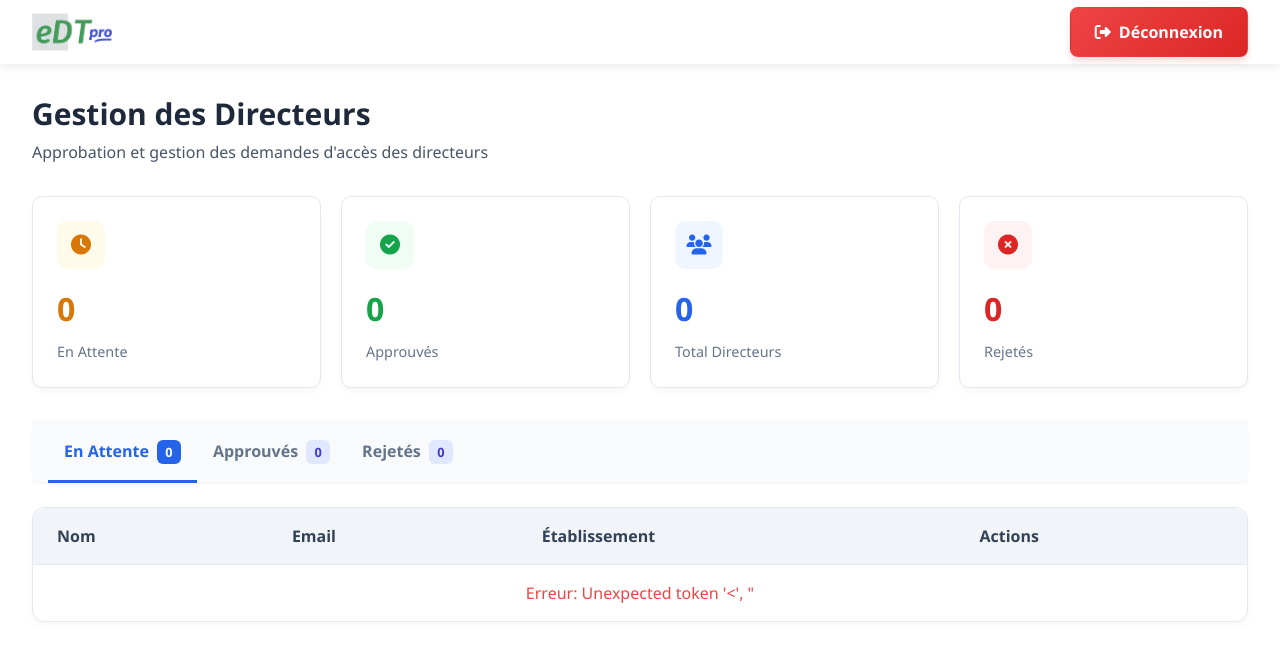
Repository: Mouad-git/edtpro
Page: gestion_edt/public/admin_dashboard.html
The author's editor kept a copy of each file at every save. The page is drawn from the files as they stood at one save, then again after the next save.
The browser window is 1280 px wide. The pictures show the whole page.
Some web libraries are served in a nearby version.

Above is the page before, as saved 2025-08-08 18:35:54.

### gestion_edt/public/admin_dashboard.html
<!DOCTYPE html>
<html lang="fr">
<head>
    <meta charset="UTF-8">
    <meta name="viewport" content="width=device-width, initial-scale=1.0">
    <title>Tableau de Bord Administrateur</title>
    <script src="https://cdn.tailwindcss.com"></script>
    <link rel="stylesheet" href="https://cdnjs.cloudflare.com/ajax/libs/font-awesome/6.4.0/css/all.min.css"/>
    <style>
        :root {
            --primary: #2563eb; --primary-light: #dbeafe; --secondary: #64748b;
            --success: #16a34a; --danger: #dc2626; --warning: #d97706; --background: #f8fafc;
        }
        body { background-color: white; font-family: 'Segoe UI', system-ui, sans-serif; color: #1e293b; }

        .tabs-container { background-color: #f8fafc; padding: 0 1rem; }
        .tab-button {
            padding: 1rem; font-weight: 600; color: #64748b;
            border-bottom: 3px solid transparent; transition: all 0.2s ease;
            position: relative; background: none; border-top: 3px solid transparent;
            border-left: none; border-right: none; cursor: pointer; font-size: 1rem;
        }
        .tab-button:hover { color: var(--primary); background-color: #f1f5f9; }
        .tab-button.active { color: var(--primary); border-bottom-color: var(--primary); }
        .tab-button .badge {
            background: #e0e7ff; color: #4338ca; border-radius: 6px;
            width: auto; min-width: 24px; height: 24px; padding: 0 6px;
            font-size: 0.8rem; display: inline-flex; align-items: center; justify-content: center;
            margin-left: 8px;
        }
        .tab-button.active .badge { background-color: var(--primary); color: white; }

        .tab-content { display: none; }
        .tab-content.active { display: block; animation: fadeIn 0.4s ease; }
        @keyframes fadeIn { from { opacity: 0; transform: translateY(10px); } to { opacity: 1; transform: translateY(0); } }

        .card { background: white; border-radius: 12px; box-shadow: 0 4px 6px rgba(0, 0, 0, 0.03); overflow: hidden; border: 1px solid #e2e8f0; }
        .table { width: 100%; border-collapse: separate; border-spacing: 0; }
        .table th { background-color: #f1f5f9; color: #334155; font-weight: 600; padding: 1rem 1.5rem; text-align: left; border-bottom: 1px solid #e2e8f0; }
        .table td { padding: 1rem 1.5rem; border-bottom: 1px solid #e2e8f0; }
        .table tr:last-child td { border-bottom: none; }
        .table tr:hover { background-color: #f8fafc; }

        .btn { padding: 0.5rem 1rem; border-radius: 6px; font-weight: 500; font-size: 0.875rem; display: inline-flex; align-items: center; gap: 0.3rem; cursor: pointer; border: 1px solid transparent; transition: all 0.2s; }
        .btn-success { background-color: var(--success); color: white; }
        .btn-success:hover { background-color: #15803d; }
        .btn-danger { background-color: var(--danger); color: white; }
        .btn-danger:hover { background-color: #b91c1c; }
        .btn-outline { background-color: transparent; border: 1px solid #cbd5e1; color: #475569; }
        .btn-outline:hover { background-color: #f1f5f9; border-color: #94a3b8; }

        .status-badge { display: inline-flex; align-items: center; padding: 0.25rem 0.75rem; border-radius: 20px; font-size: 0.75rem; font-weight: 500; }
        .badge-approved { background-color: #dcfce7; color: #166534; }

        .header-gradient { background: linear-gradient(135deg, #0f172a, #1e40af); color: white; }
        .empty-state { padding: 3rem; text-align: center; color: #94a3b8; }
        .empty-state i { font-size: 3rem; margin-bottom: 1rem; color: #e2e8f0; }

        .stats-card { background: white; border-radius: 10px; padding: 1.5rem; box-shadow: 0 4px 6px rgba(0, 0, 0, 0.03); border: 1px solid #e2e8f0; }
        .stats-card .value { font-size: 2rem; font-weight: 700; margin-bottom: 0.5rem; }
        .stats-card .title { color: #64748b; font-size: 0.9rem; }
        .stats-card .icon { width: 48px; height: 48px; border-radius: 10px; display: flex; align-items: center; justify-content: center; margin-bottom: 1rem; }
        .pending .icon { background: #fffbeb; color: #d97706; }
        .approved .icon { background: #f0fdf4; color: #16a34a; }
        .rejected .icon { background: #fef2f2; color: #dc2626; }

        nav{
            box-shadow: 0 2px 10px rgba(0, 0, 0, 0.1);
        }

        .logout-btn {
            background: linear-gradient(135deg, #ef4444, #dc2626);
            color: white;
            padding: 0.75rem 1.5rem;
            border-radius: 8px;
            font-weight: 600;
            text-decoration: none;
            display: inline-flex;
            align-items: center;
            gap: 0.5rem;
            transition: all 0.3s ease;
            box-shadow: 0 4px 6px rgba(239, 68, 68, 0.2);
            border: 1px solid transparent;
        }

        .logout-btn:hover {
            background: linear-gradient(135deg, #dc2626, #b91c1c);
            transform: translateY(-2px);
            box-shadow: 0 6px 12px rgba(239, 68, 68, 0.3);
            color: white;
            text-decoration: none;
        }

        .logout-btn:active {
            transform: translateY(0);
            box-shadow: 0 2px 4px rgba(239, 68, 68, 0.2);
        }

        .logout-btn i {
            font-size: 1rem;
            transition: transform 0.3s ease;
        }

        .logout-btn:hover i {
            transform: translateX(2px);
        }
    </style>
</head>
<body>
    <nav>
        <div class="max-w-7xl mx-auto px-4 sm:px-6 lg:px-8">
            <div class="flex justify-between items-center h-16">
                <img src="assets/images/logo_edtpro.png" style="height: 80px; width: auto;" id="logo" alt="Logo">
                <div><a href="../api/auth/logout.php" class="logout-btn"><i class="fas fa-sign-out-alt"></i>Déconnexion</a></div>
            </div>
        </div>
    </nav>

    <div class="max-w-7xl mx-auto p-4 sm:p-6 lg:p-8">
        <div class="mb-8"><h1 class="text-2xl md:text-3xl font-bold text-slate-800">Gestion des Directeurs</h1><p class="text-slate-600 mt-2">Approbation et gestion des demandes d'accès des directeurs</p></div>

        <div class="grid grid-cols-1 md:grid-cols-2 lg:grid-cols-4 gap-5 mb-8">
            <div class="stats-card pending"><div class="icon"><i class="fas fa-clock text-xl"></i></div><div id="stat-pending" class="value text-amber-600">0</div><div class="title">En Attente</div></div>
            <div class="stats-card approved"><div class="icon"><i class="fas fa-check-circle text-xl"></i></div><div id="stat-approved" class="value text-green-600">0</div><div class="title">Approuvés</div></div>
            <div class="stats-card"><div class="icon bg-blue-50 text-blue-600"><i class="fas fa-users text-xl"></i></div><div id="stat-total" class="value text-blue-600">0</div><div class="title">Total Directeurs</div></div>
            <div class="stats-card rejected"><div class="icon"><i class="fas fa-times-circle text-xl"></i></div><div id="stat-rejected" class="value text-red-600">0</div><div class="title">Rejetés</div></div>
        </div>

        <div class="bg-white rounded-xl shadow-sm mb-6">
            <div class="tabs-container flex overflow-x-auto" id="admin-tabs">
                <button class="tab-button active" data-target="panel-pending">En Attente<span id="badge-pending" class="badge">0</span></button>
                <button class="tab-button" data-target="panel-approved">Approuvés<span id="badge-approved" class="badge">0</span></button>
                <button class="tab-button" data-target="panel-rejected">Rejetés<span id="badge-rejected" class="badge">0</span></button>
            </div>
        </div>

        <div>
            <div id="panel-pending" class="tab-content active">
                <div class="card"><div class="overflow-x-auto"><table class="table">
                    <thead><tr><th>Nom</th><th>Email</th><th>Établissement</th><th class="text-center">Actions</th></tr></thead>
                    <tbody id="pending-users-table"></tbody>
                </table></div></div>
            </div>
            <div id="panel-approved" class="tab-content">
                <div class="card"><div class="overflow-x-auto"><table class="table">
                    <thead><tr><th>Nom</th><th>Email</th><th>Établissement</th><th class="text-center">Statut</th></tr></thead>
                    <tbody id="approved-users-table"></tbody>
                </table></div></div>
            </div>
            <div id="panel-rejected" class="tab-content">
                <div class="card"><div class="overflow-x-auto"><table class="table">
                    <thead><tr><th>Nom</th><th>Email</th><th>Établissement</th><th class="text-center">Actions</th></tr></thead>
                    <tbody id="rejected-users-table"></tbody>
                </table></div></div>
            </div>
        </div>
    </div>

    <script>
        document.addEventListener('DOMContentLoaded', checkAdminSession);

        async function checkAdminSession() {
            try {
                const response = await fetch('../api/auth/verify_admin_session.php');
                if (!response.ok) { window.location.href = 'login.html'; return; }
                loadAllUsers();
                setupTabNavigation();
            } catch (error) { window.location.href = 'login.html'; }
        }

        async function loadAllUsers() {
            const tables = {
                pending: document.getElementById('pending-users-table'),
                approved: document.getElementById('approved-users-table'),
                rejected: document.getElementById('rejected-users-table'),
            };
            const loadingRow = (cols) => `<tr><td colspan="${cols}" class="px-6 py-4 text-center">Chargement...</td></tr>`;
            tables.pending.innerHTML = loadingRow(4);
            tables.approved.innerHTML = loadingRow(4);
            tables.rejected.innerHTML = loadingRow(4);

            try {
                const response = await fetch('../api/admin/get_all_users.php');
                const result = await response.json();

                if (result.success) {
                    const pending = result.data.filter(u => u.status === 'pending');
                    const approved = result.data.filter(u => u.status === 'approved');
                    const rejected = result.data.filter(u => u.status === 'rejected');

                    updateStatsAndBadges(pending, approved, rejected);
                    renderPendingTable(pending);
                    renderApprovedTable(approved);
                    renderRejectedTable(rejected);
                } else { throw new Error(result.message); }
            } catch (error) {
                const errorRow = `<tr><td colspan="4" class="px-6 py-4 text-center text-red-500">Erreur: ${error.message}</td></tr>`;
                Object.values(tables).forEach(t => t.innerHTML = errorRow);
            }
        }

        function updateStatsAndBadges(pending, approved, rejected) {
            document.getElementById('stat-pending').textContent = pending.length;
            document.getElementById('stat-approved').textContent = approved.length;
            document.getElementById('stat-rejected').textContent = rejected.length;
            document.getElementById('stat-total').textContent = pending.length + approved.length + rejected.length;

            document.getElementById('badge-pending').textContent = pending.length;
            document.getElementById('badge-approved').textContent = approved.length;
            document.getElementById('badge-rejected').textContent = rejected.length;
        }

        function renderPendingTable(users) {
            const tableBody = document.getElementById('pending-users-table');
            if (users.length === 0) { tableBody.innerHTML = '<tr><td colspan="4" class="empty-state"><i class="fas fa-inbox"></i><p>Aucune demande en attente.</p></td></tr>'; return; }
            tableBody.innerHTML = '';
            users.forEach(user => {
                const row = `
                    <tr class="hover:bg-gray-50">
                        <td class="font-medium">${user.nom_complet}</td><td>${user.email}</td><td>${user.nom_etablissement}</td>
                        <td class="text-center"><div class="flex justify-center space-x-2">
                            <button onclick="updateUserStatus(${user.id}, 'approved')" class="btn btn-success"><i class="fas fa-check mr-1"></i>Approuver</button>
                            <button onclick="updateUserStatus(${user.id}, 'rejected')" class="btn btn-danger"><i class="fas fa-times mr-1"></i>Rejeter</button>
                        </div></td>
                    </tr>`;
                tableBody.innerHTML += row;
            });
        }

        function renderApprovedTable(users) {
             const tableBody = document.getElementById('approved-users-table');
             if (users.length === 0) { tableBody.innerHTML = '<tr><td colspan="4" class="empty-state"><i class="fas fa-user-check"></i><p>Aucun directeur approuvé.</p></td></tr>'; return; }
             tableBody.innerHTML = '';
             users.forEach(user => {
                const row = `
                    <tr>
                        <td class="font-medium">${user.nom_complet}</td><td>${user.email}</td><td>${user.nom_etablissement}</td>
                        <td class="text-center"><span class="status-badge badge-approved"><i class="fas fa-check-circle mr-1"></i>Approuvé</span></td>
                    </tr>`;
                tableBody.innerHTML += row;
             });
        }

        function renderRejectedTable(users) {
            const tableBody = document.getElementById('rejected-users-table');
            if (users.length === 0) { tableBody.innerHTML = '<tr><td colspan="4" class="empty-state"><i class="fas fa-user-times"></i><p>Aucune inscription rejetée.</p></td></tr>'; return; }
            tableBody.innerHTML = '';
            users.forEach(user => {
                const row = `
                     <tr>
                        <td class="font-medium">${user.nom_complet}</td><td>${user.email}</td><td>${user.nom_etablissement}</td>
                        <td class="text-center"><div class="flex justify-center space-x-2">
                            <button onclick="updateUserStatus(${user.id}, 'approved')" class="btn btn-success"><i class="fas fa-redo-alt mr-1"></i>Ré-approuver</button>
                            <button onclick="updateUserStatus(${user.id}, 'deleted')" class="btn btn-outline"><i class="fas fa-trash-alt mr-1"></i>Supprimer</button>
                        </div></td>
                    </tr>`;
                tableBody.innerHTML += row;
            });
        }

        async function updateUserStatus(userId, status) {
            const actions = { 'approved': 'approuver', 'rejected': 'rejeter', 'deleted': 'supprimer définitivement' };
            if (!confirm(`Êtes-vous sûr de vouloir ${actions[status]} cet utilisateur ?`)) return;
            try {
                const response = await fetch('../api/admin/update_user_status.php', {
                    method: 'POST',
                    headers: { 'Content-Type': 'application/json' },
                    body: JSON.stringify({ user_id: userId, new_status: status })
                });
                const result = await response.json();
                if (result.success) {
                    alert(`Utilisateur ${status === 'deleted' ? 'supprimé' : actions[status]} avec succès.`);
                    loadAllUsers();
                } else {
                    alert("Erreur: " + (result.message || "Impossible de mettre à jour le statut."));
                }
            } catch (error) { alert("Une erreur de communication est survenue."); }
        }

        function setupTabNavigation() {
            const tabsContainer = document.getElementById('admin-tabs');
            tabsContainer.addEventListener('click', (e) => {
                const targetButton = e.target.closest('.tab-button');
                if (targetButton) {
                    tabsContainer.querySelectorAll('.tab-button').forEach(btn => btn.classList.remove('active'));
                    targetButton.classList.add('active');
                    const targetId = targetButton.dataset.target;
                    document.querySelectorAll('.tab-content').forEach(panel => {
                        panel.classList.toggle('active', panel.id === targetId);
                    });
                }
            });
        }
    </script>
</body>
</html>

After the next save:
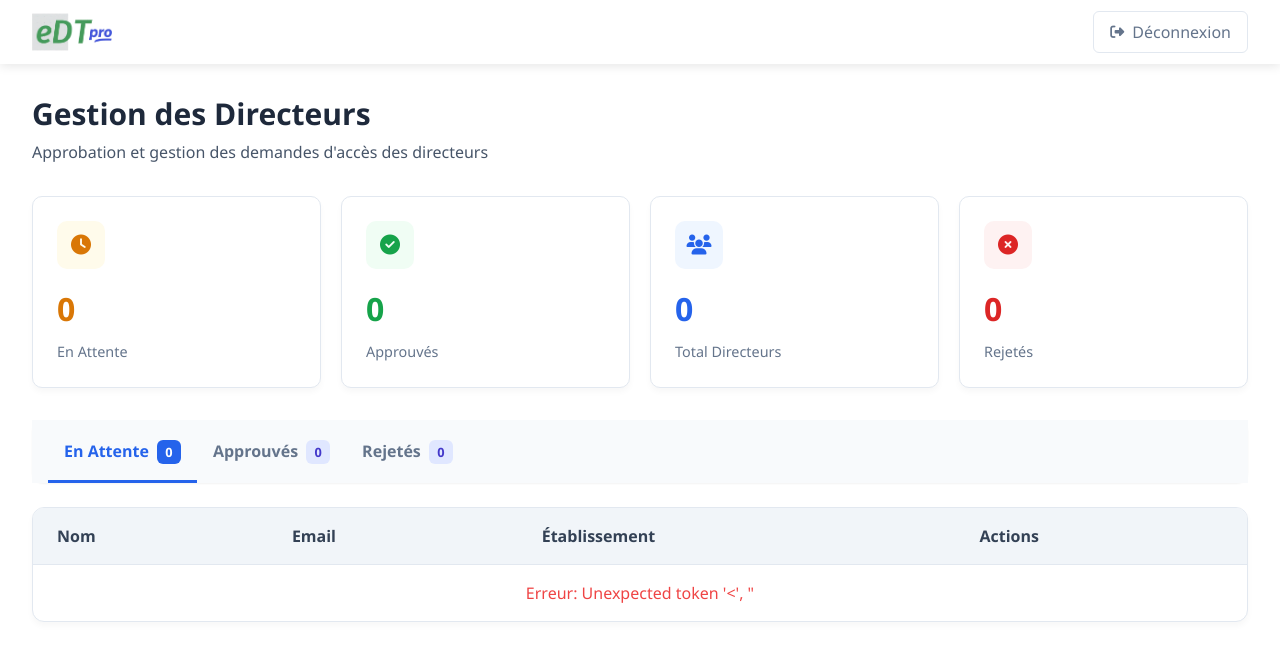
Saved 43 s later.
--- a/gestion_edt/public/admin_dashboard.html
+++ b/gestion_edt/public/admin_dashboard.html
@@ -69,40 +69,28 @@
         }
 
         .logout-btn {
-            background: linear-gradient(135deg, #ef4444, #dc2626);
-            color: white;
-            padding: 0.75rem 1.5rem;
-            border-radius: 8px;
-            font-weight: 600;
+            color: #64748b;
+            padding: 0.5rem 1rem;
+            border-radius: 6px;
+            font-weight: 500;
             text-decoration: none;
             display: inline-flex;
             align-items: center;
             gap: 0.5rem;
-            transition: all 0.3s ease;
-            box-shadow: 0 4px 6px rgba(239, 68, 68, 0.2);
-            border: 1px solid transparent;
+            transition: all 0.2s ease;
+            border: 1px solid #e2e8f0;
+            background-color: white;
         }
 
         .logout-btn:hover {
-            background: linear-gradient(135deg, #dc2626, #b91c1c);
-            transform: translateY(-2px);
-            box-shadow: 0 6px 12px rgba(239, 68, 68, 0.3);
-            color: white;
+            color: #dc2626;
+            background-color: #fef2f2;
+            border-color: #fecaca;
             text-decoration: none;
         }
 
-        .logout-btn:active {
-            transform: translateY(0);
-            box-shadow: 0 2px 4px rgba(239, 68, 68, 0.2);
-        }
-
         .logout-btn i {
-            font-size: 1rem;
-            transition: transform 0.3s ease;
-        }
-
-        .logout-btn:hover i {
-            transform: translateX(2px);
+            font-size: 0.875rem;
         }
     </style>
 </head>
